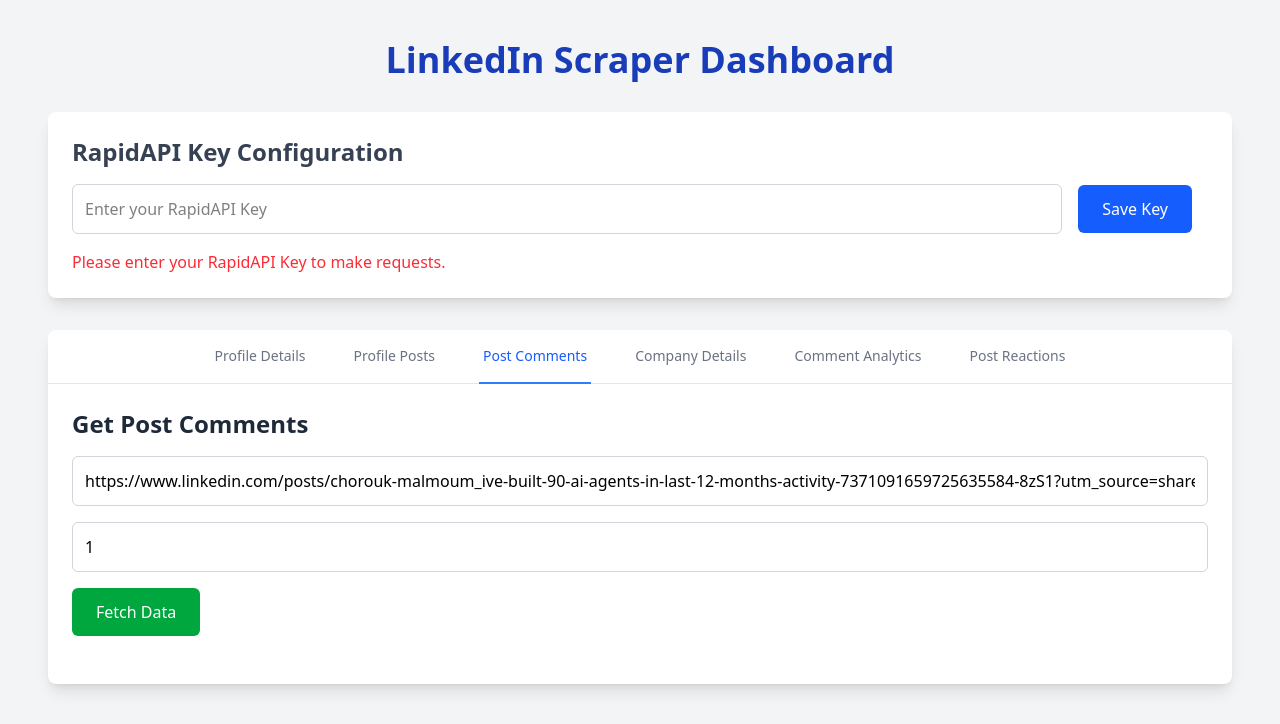
Repository: vigneshcj001/LinkedIn-Scraper-Dashboard
Page: /, after clicking the first element matching `nav.-mb-px > :nth-child(3)`
The author's editor kept a copy of each file at every save. The page is drawn from the files as they stood at one save, then again after the next save.
The browser window is 1280 px wide. The pictures show the whole page.
The project was rebuilt for these pictures with package versions that can differ from the ones it lists, and the page was loaded fresh each time. Also part of the build but not shown: vite.config.js, src/components/DataTable.jsx, src/components/tabs/PostsTab.jsx, src/components/tabs/CompanyTab.jsx, src/components/tabs/AnalyticsTab.jsx, src/components/tabs/ReactionsTab.jsx.

Above is the page before, as saved 2025-11-04 18:56:45.

### index.html
<!doctype html>
<html lang="en">
  <head>
    <meta charset="UTF-8" />
    <link rel="icon" type="image/svg+xml" href="/vite.svg" />
    <meta name="viewport" content="width=device-width, initial-scale=1.0" />
     <link href="/src/index.css" rel="stylesheet">
    <title>linkedin_frontend</title>
  </head>
  <body>
    <div id="root"></div>
    <script type="module" src="/src/main.jsx"></script>
  </body>
</html>

### src/index.css
@import "tailwindcss";
html, body, #root {
  margin: 0;
  padding: 0;
  width: 100%;
  height: 100%;
  background-color: #f9fafb; /* Tailwind's bg-gray-50 */
}
body {
  @apply text-black bg-gray-100;
}

### src/components/tabs/ProfileTab.jsx
import React, { useState } from "react";
import DataTable from "../DataTable";
import TabContainer from "../TabContainer";

const ProfileTab = ({ fetchData, ...props }) => {
  const [username, setUsername] = useState("ganapathy-subburathinam");

  const handleSubmit = (e) => {
    e.preventDefault();
    fetchData("profile", { username });
  };

  const ProfileDetailsTable = ({ data }) => {
    if (!data?.data?.basic_info) return null;
    const profile = data.data.basic_info;
    const experience = data.data.experience || [];
    const education = data.data.education || [];

    const profileData = [
      { key: "Full Name", value: profile.fullname },
      { key: "Headline", value: profile.headline },
      {
        key: "Profile URL",
        value: (
          <a
            href={profile.profile_url}
            target="_blank"
            rel="noopener noreferrer"
            className="text-blue-600 hover:underline"
          >
            View Profile
          </a>
        ),
      },
      { key: "Location", value: profile.location?.full },
      { key: "Followers", value: profile.follower_count },
      { key: "Connections", value: profile.connection_count },
      { key: "Current Company", value: profile.current_company },
    ];

    return (
      <>
        {/* Header Card */}
        <div className="bg-white rounded-lg shadow-lg overflow-hidden mb-8">
          {profile.background_picture_url && (
            <div
              className="h-40 bg-cover bg-center"
              style={{
                backgroundImage: `url(${profile.background_picture_url})`,
              }}
            />
          )}

          <div className="p-6 flex items-center space-x-6">
            {profile.profile_picture_url && (
              <img
                src={profile.profile_picture_url}
                alt={profile.fullname}
                className="w-28 h-28 rounded-full border-4 border-white shadow-md object-cover"
              />
            )}
            <div>
              <h2 className="text-2xl font-bold text-gray-800">
                {profile.fullname}
              </h2>
              <p className="text-gray-600">{profile.headline}</p>
              {profile.location?.full && (
                <p className="text-gray-500 mt-1">{profile.location.full}</p>
              )}
              <a
                href={profile.profile_url}
                target="_blank"
                rel="noopener noreferrer"
                className="inline-block mt-3 px-4 py-2 bg-blue-600 text-white rounded-md hover:bg-blue-700 transition"
              >
                Visit LinkedIn Profile
              </a>
            </div>
          </div>
        </div>

        <DataTable
          title="Basic Profile Information"
          data={profileData.map((item) => ({
            Key: item.key,
            Value: item.value,
          }))}
          columns={["Key", "Value"]}
        />

        {experience.length > 0 && (
          <DataTable
            title="Experience"
            data={experience.map((exp) => ({
              Title: exp.title,
              Company: exp.company,
              Duration: exp.duration,
              Link: exp.company_linkedin_url ? (
                <a
                  href={exp.company_linkedin_url}
                  target="_blank"
                  rel="noopener noreferrer"
                  className="text-blue-600 hover:underline"
                >
                  View Company
                </a>
              ) : (
                "-"
              ),
            }))}
            columns={["Title", "Company", "Duration", "Link"]}
          />
        )}

        {education.length > 0 && (
          <DataTable
            title="Education"
            data={education.map((edu) => ({
              School: edu.school,
              Degree: edu.degree_name,
              Field: edu.field_of_study,
              Duration: edu.duration,
              Link: edu.school_linkedin_url ? (
                <a
                  href={edu.school_linkedin_url}
                  target="_blank"
                  rel="noopener noreferrer"
                  className="text-blue-600 hover:underline"
                >
                  View School
                </a>
              ) : (
                "-"
              ),
            }))}
            columns={["School", "Degree", "Field", "Duration", "Link"]}
          />
        )}
      </>
    );
  };

  return (
    <TabContainer
      title="Get Profile Details"
      onSubmit={handleSubmit}
      TableComponent={ProfileDetailsTable}
      {...props}
    >
      <input
        type="text"
        className="block w-full p-3 border border-gray-300 rounded-md focus:ring-blue-500 focus:border-blue-500"
        placeholder="Enter LinkedIn username (e.g., ganapathy-subburathinam)"
        value={username}
        onChange={(e) => setUsername(e.target.value)}
        required
      />
    </TabContainer>
  );
};

export default ProfileTab;

### src/components/tabs/CommentsTab.jsx
import React, { useState } from "react";
import DataTable from "../DataTable";
import TabContainer from "../TabContainer";

const CommentsTab = ({ fetchData, ...props }) => {
  const [postUrl, setPostUrl] = useState(
    "https://www.linkedin.com/posts/chorouk-malmoum_ive-built-90-ai-agents-in-last-12-months-activity-7371091659725635584-8zS1?utm_source=share&utm_medium=member_desktop&rcm=ACoAAC0AjAEB13qzcyb0uxtDOeMXhJ9kXGeFc6A"
  );
  const [pageNumber, setPageNumber] = useState(1);

  const handleSubmit = (e) => {
    e.preventDefault();
    fetchData("comments", { post_url: postUrl, page_number: pageNumber });
  };

  const CommentsDataTable = ({ data }) => {
    const comments = data?.data?.comments || data?.comments || [];
    if (!comments.length) return <p>No comments found.</p>;

    return (
      <DataTable
        title="Post Comments"
        data={comments.map((c) => ({
          Commenter: c.author?.name || "-",
          Headline: c.author?.headline || "-",
          Text: c.text ? `${c.text.slice(0, 80)}...` : "-",
          Reactions: c.stats?.total_reactions || 0,
          Posted: c.posted_at?.relative || "-",
          Link: c.comment_url ? (
            <a
              href={c.comment_url}
              target="_blank"
              rel="noreferrer"
              className="text-blue-600 hover:underline"
            >
              View Comment
            </a>
          ) : (
            "-"
          ),
        }))}
        columns={[
          "Commenter",
          "Headline",
          "Text",
          "Reactions",
          "Posted",
          "Link",
        ]}
      />
    );
  };

  return (
    <TabContainer
      title="Get Post Comments"
      onSubmit={handleSubmit}
      TableComponent={CommentsDataTable}
      {...props}
    >
      <input
        type="url"
        className="block w-full p-3 border border-gray-300 rounded-md focus:ring-blue-500 focus:border-blue-500"
        placeholder="Enter LinkedIn Post URL"
        value={postUrl}
        onChange={(e) => setPostUrl(e.target.value)}
        required
      />
      <input
        type="number"
        className="block w-full p-3 border border-gray-300 rounded-md focus:ring-blue-500 focus:border-blue-500"
        placeholder="Page Number"
        value={pageNumber}
        onChange={(e) => setPageNumber(e.target.value)}
        min="1"
      />
    </TabContainer>
  );
};

export default CommentsTab;

### src/components/TabContainer.jsx
import React from "react";

const TabContainer = ({
  title,
  children,
  onSubmit,
  loading,
  error,
  response,
  TableComponent,
}) => (
  <div>
    <h2 className="text-2xl font-semibold text-gray-800 mb-4">{title}</h2>

    <form onSubmit={onSubmit} className="space-y-4 mb-6">
      {children}
      <button
        type="submit"
        className="px-6 py-3 bg-green-600 text-white rounded-md hover:bg-green-700 transition duration-200 disabled:opacity-50"
        disabled={loading}
      >
        {loading ? "Loading..." : "Fetch Data"}
      </button>
    </form>

    {error && (
      <div
        className="bg-red-100 border border-red-400 text-red-700 px-4 py-3 rounded mb-4"
        role="alert"
      >
        <strong className="font-bold">Error! </strong>
        <span className="block sm:inline">{error}</span>
      </div>
    )}

    {response && (
      <>
        {TableComponent && <TableComponent data={response} />}
        <div className="bg-gray-50 p-4 rounded-md shadow-inner mt-6">
          <h3 className="text-xl font-medium text-gray-700 mb-2">
            Raw JSON Response:
          </h3>
          <pre className="whitespace-pre-wrap break-all text-xs bg-gray-800 text-white p-4 rounded-md overflow-x-auto">
            {JSON.stringify(response, null, 2)}
          </pre>
        </div>
      </>
    )}
  </div>
);

export default TabContainer;

Loaded but not shown: src/main.jsx (common file); src/App.jsx (200 lines, source omitted)

After the next save:
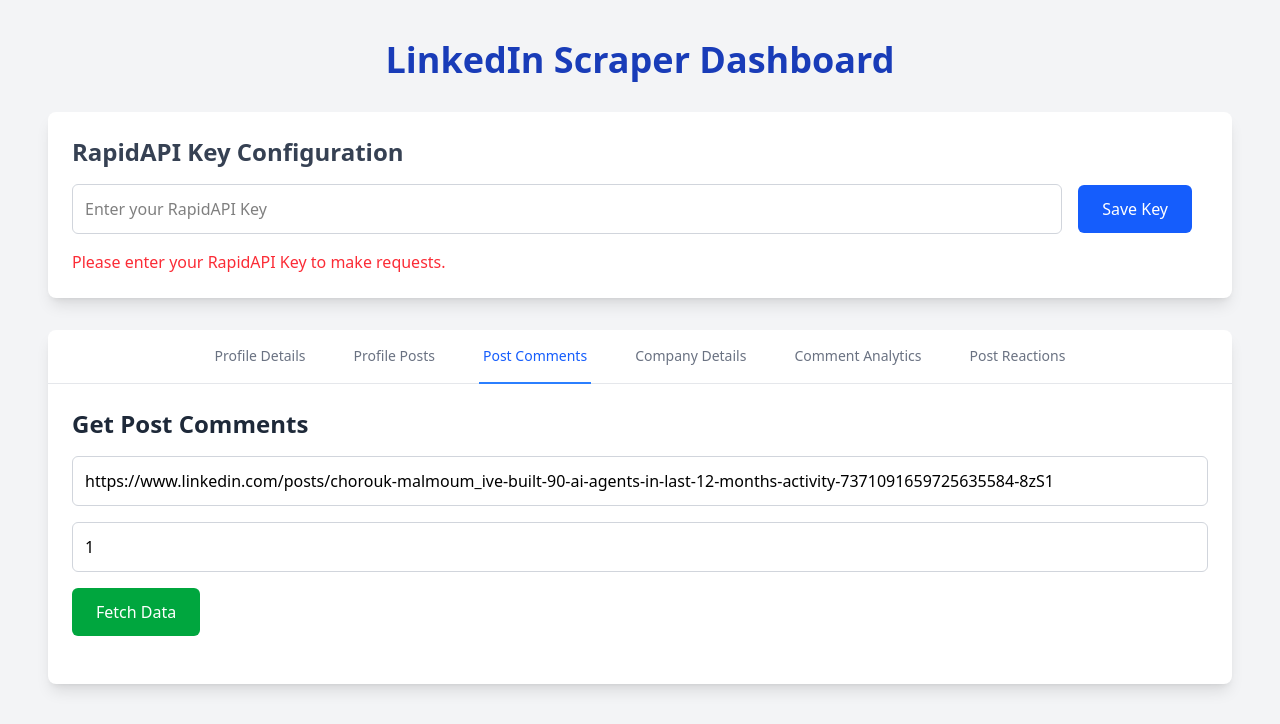
Saved 107 s later.
--- a/src/components/tabs/CommentsTab.jsx
+++ b/src/components/tabs/CommentsTab.jsx
@@ -4,50 +4,113 @@
 
 const CommentsTab = ({ fetchData, ...props }) => {
   const [postUrl, setPostUrl] = useState(
-    "https://www.linkedin.com/posts/chorouk-malmoum_ive-built-90-ai-agents-in-last-12-months-activity-7371091659725635584-8zS1?utm_source=share&utm_medium=member_desktop&rcm=ACoAAC0AjAEB13qzcyb0uxtDOeMXhJ9kXGeFc6A"
+    "https://www.linkedin.com/posts/chorouk-malmoum_ive-built-90-ai-agents-in-last-12-months-activity-7371091659725635584-8zS1"
   );
   const [pageNumber, setPageNumber] = useState(1);
+  const [commentsData, setCommentsData] = useState([]);
 
-  const handleSubmit = (e) => {
+  const handleSubmit = async (e) => {
     e.preventDefault();
-    fetchData("comments", { post_url: postUrl, page_number: pageNumber });
+    const result = await fetchData("comments", {
+      post_url: postUrl,
+      page_number: pageNumber,
+    });
+    setCommentsData(result?.data?.comments || result?.comments || []);
+  };
+
+  // ---------- Export as JSON ----------
+  const exportAsJSON = () => {
+    const blob = new Blob([JSON.stringify(commentsData, null, 2)], {
+      type: "application/json",
+    });
+    const link = document.createElement("a");
+    link.href = URL.createObjectURL(blob);
+    link.download = "linkedin_comments.json";
+    link.click();
+  };
+
+  // ---------- Export as CSV ----------
+  const exportAsCSV = () => {
+    if (!commentsData.length) return;
+    const headers = [
+      "Commenter",
+      "Headline",
+      "Text",
+      "Reactions",
+      "Posted",
+      "Link",
+    ];
+    const rows = commentsData.map((c) => [
+      c.author?.name || "-",
+      c.author?.headline || "-",
+      c.text ? c.text.replace(/[\n\r]+/g, " ").slice(0, 80) : "-",
+      c.stats?.total_reactions || 0,
+      c.posted_at?.relative || "-",
+      c.comment_url || "-",
+    ]);
+
+    const csvContent =
+      "data:text/csv;charset=utf-8," +
+      [headers.join(","), ...rows.map((r) => r.join(","))].join("\n");
+
+    const link = document.createElement("a");
+    link.href = encodeURI(csvContent);
+    link.download = "linkedin_comments.csv";
+    link.click();
   };
 
   const CommentsDataTable = ({ data }) => {
-    const comments = data?.data?.comments || data?.comments || [];
+    const comments = commentsData || [];
     if (!comments.length) return <p>No comments found.</p>;
 
     return (
-      <DataTable
-        title="Post Comments"
-        data={comments.map((c) => ({
-          Commenter: c.author?.name || "-",
-          Headline: c.author?.headline || "-",
-          Text: c.text ? `${c.text.slice(0, 80)}...` : "-",
-          Reactions: c.stats?.total_reactions || 0,
-          Posted: c.posted_at?.relative || "-",
-          Link: c.comment_url ? (
-            <a
-              href={c.comment_url}
-              target="_blank"
-              rel="noreferrer"
-              className="text-blue-600 hover:underline"
-            >
-              View Comment
-            </a>
-          ) : (
-            "-"
-          ),
-        }))}
-        columns={[
-          "Commenter",
-          "Headline",
-          "Text",
-          "Reactions",
-          "Posted",
-          "Link",
-        ]}
-      />
+      <div>
+        <div className="flex justify-end mb-3 space-x-2">
+          <button
+            onClick={exportAsJSON}
+            className="px-3 py-2 bg-green-600 text-white rounded hover:bg-green-700"
+          >
+            Export JSON
+          </button>
+          <button
+            onClick={exportAsCSV}
+            className="px-3 py-2 bg-blue-600 text-white rounded hover:bg-blue-700"
+          >
+            Export CSV
+          </button>
+        </div>
+
+        <DataTable
+          title="Post Comments"
+          data={comments.map((c) => ({
+            Commenter: c.author?.name || "-",
+            Headline: c.author?.headline || "-",
+            Text: c.text ? `${c.text.slice(0, 80)}...` : "-",
+            Reactions: c.stats?.total_reactions || 0,
+            Posted: c.posted_at?.relative || "-",
+            Link: c.comment_url ? (
+              <a
+                href={c.comment_url}
+                target="_blank"
+                rel="noreferrer"
+                className="text-blue-600 hover:underline"
+              >
+                View Comment
+              </a>
+            ) : (
+              "-"
+            ),
+          }))}
+          columns={[
+            "Commenter",
+            "Headline",
+            "Text",
+            "Reactions",
+            "Posted",
+            "Link",
+          ]}
+        />
+      </div>
     );
   };
 

After the save that followed:
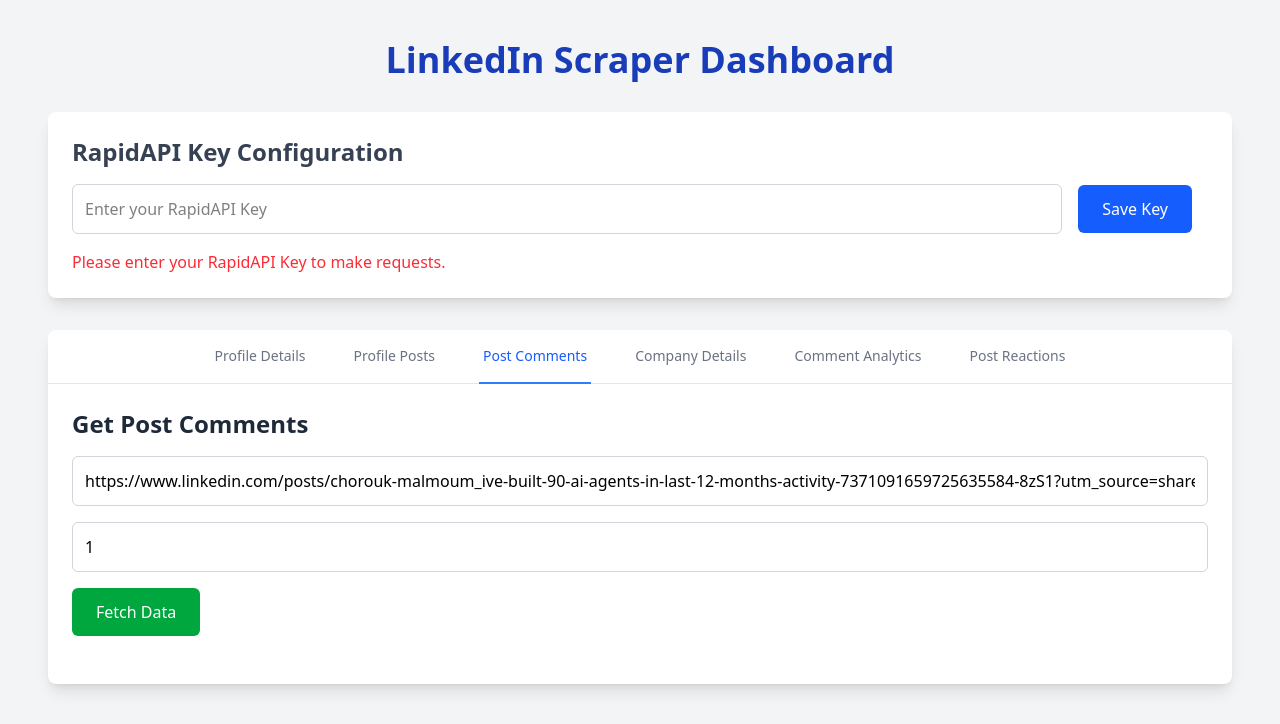
Saved 42 s later.
--- a/src/components/tabs/CommentsTab.jsx
+++ b/src/components/tabs/CommentsTab.jsx
@@ -4,113 +4,50 @@
 
 const CommentsTab = ({ fetchData, ...props }) => {
   const [postUrl, setPostUrl] = useState(
-    "https://www.linkedin.com/posts/chorouk-malmoum_ive-built-90-ai-agents-in-last-12-months-activity-7371091659725635584-8zS1"
+    "https://www.linkedin.com/posts/chorouk-malmoum_ive-built-90-ai-agents-in-last-12-months-activity-7371091659725635584-8zS1?utm_source=share&utm_medium=member_desktop&rcm=ACoAAC0AjAEB13qzcyb0uxtDOeMXhJ9kXGeFc6A"
   );
   const [pageNumber, setPageNumber] = useState(1);
-  const [commentsData, setCommentsData] = useState([]);
 
-  const handleSubmit = async (e) => {
+  const handleSubmit = (e) => {
     e.preventDefault();
-    const result = await fetchData("comments", {
-      post_url: postUrl,
-      page_number: pageNumber,
-    });
-    setCommentsData(result?.data?.comments || result?.comments || []);
-  };
-
-  // ---------- Export as JSON ----------
-  const exportAsJSON = () => {
-    const blob = new Blob([JSON.stringify(commentsData, null, 2)], {
-      type: "application/json",
-    });
-    const link = document.createElement("a");
-    link.href = URL.createObjectURL(blob);
-    link.download = "linkedin_comments.json";
-    link.click();
-  };
-
-  // ---------- Export as CSV ----------
-  const exportAsCSV = () => {
-    if (!commentsData.length) return;
-    const headers = [
-      "Commenter",
-      "Headline",
-      "Text",
-      "Reactions",
-      "Posted",
-      "Link",
-    ];
-    const rows = commentsData.map((c) => [
-      c.author?.name || "-",
-      c.author?.headline || "-",
-      c.text ? c.text.replace(/[\n\r]+/g, " ").slice(0, 80) : "-",
-      c.stats?.total_reactions || 0,
-      c.posted_at?.relative || "-",
-      c.comment_url || "-",
-    ]);
-
-    const csvContent =
-      "data:text/csv;charset=utf-8," +
-      [headers.join(","), ...rows.map((r) => r.join(","))].join("\n");
-
-    const link = document.createElement("a");
-    link.href = encodeURI(csvContent);
-    link.download = "linkedin_comments.csv";
-    link.click();
+    fetchData("comments", { post_url: postUrl, page_number: pageNumber });
   };
 
   const CommentsDataTable = ({ data }) => {
-    const comments = commentsData || [];
+    const comments = data?.data?.comments || data?.comments || [];
     if (!comments.length) return <p>No comments found.</p>;
 
     return (
-      <div>
-        <div className="flex justify-end mb-3 space-x-2">
-          <button
-            onClick={exportAsJSON}
-            className="px-3 py-2 bg-green-600 text-white rounded hover:bg-green-700"
-          >
-            Export JSON
-          </button>
-          <button
-            onClick={exportAsCSV}
-            className="px-3 py-2 bg-blue-600 text-white rounded hover:bg-blue-700"
-          >
-            Export CSV
-          </button>
-        </div>
-
-        <DataTable
-          title="Post Comments"
-          data={comments.map((c) => ({
-            Commenter: c.author?.name || "-",
-            Headline: c.author?.headline || "-",
-            Text: c.text ? `${c.text.slice(0, 80)}...` : "-",
-            Reactions: c.stats?.total_reactions || 0,
-            Posted: c.posted_at?.relative || "-",
-            Link: c.comment_url ? (
-              <a
-                href={c.comment_url}
-                target="_blank"
-                rel="noreferrer"
-                className="text-blue-600 hover:underline"
-              >
-                View Comment
-              </a>
-            ) : (
-              "-"
-            ),
-          }))}
-          columns={[
-            "Commenter",
-            "Headline",
-            "Text",
-            "Reactions",
-            "Posted",
-            "Link",
-          ]}
-        />
-      </div>
+      <DataTable
+        title="Post Comments"
+        data={comments.map((c) => ({
+          Commenter: c.author?.name || "-",
+          Headline: c.author?.headline || "-",
+          Text: c.text ? `${c.text.slice(0, 80)}...` : "-",
+          Reactions: c.stats?.total_reactions || 0,
+          Posted: c.posted_at?.relative || "-",
+          Link: c.comment_url ? (
+            <a
+              href={c.comment_url}
+              target="_blank"
+              rel="noreferrer"
+              className="text-blue-600 hover:underline"
+            >
+              View Comment
+            </a>
+          ) : (
+            "-"
+          ),
+        }))}
+        columns={[
+          "Commenter",
+          "Headline",
+          "Text",
+          "Reactions",
+          "Posted",
+          "Link",
+        ]}
+      />
     );
   };
 
